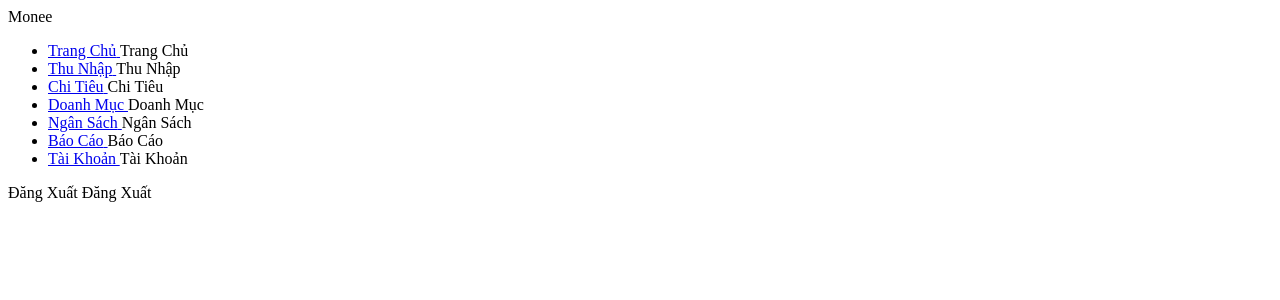
Repository: Dien973/expense_manager
Page: http://localhost/expense_manager/user_page/silebar.php
An editor plug-in stored every save of this project. The page is shown before and after the next save, followed by the edit.
The browser window is 1280 px wide. The pictures show the whole page.
The page is run by PHP 8.4 with error messages shown; the project is at /var/www/html/.

Above is the page before, as saved 2025-12-05 21:00:10.

After the next save:
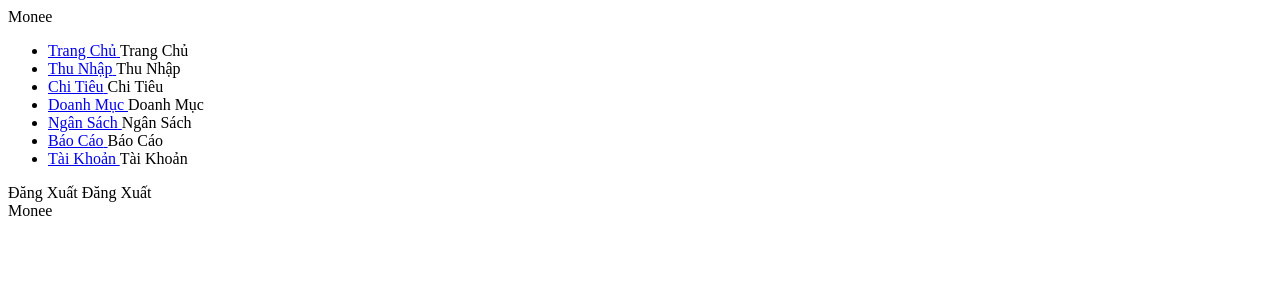
Saved 76 s later.
--- a/user_page/silebar.php
+++ b/user_page/silebar.php
@@ -65,6 +65,13 @@
     <span class="links_name">Đăng Xuất</span>
     <span class="tooltip">Đăng Xuất</span>
 </div>
+<div class="logo_content">
+            <div class="logo">
+                <i class='bx bx-dollar-circle'></i>
+                <div class="logo_name">Monee</div>
+            </div>
+            <i class="bx bx-menu" id="btn"></i>
+        </div>
 
 
     </div>
